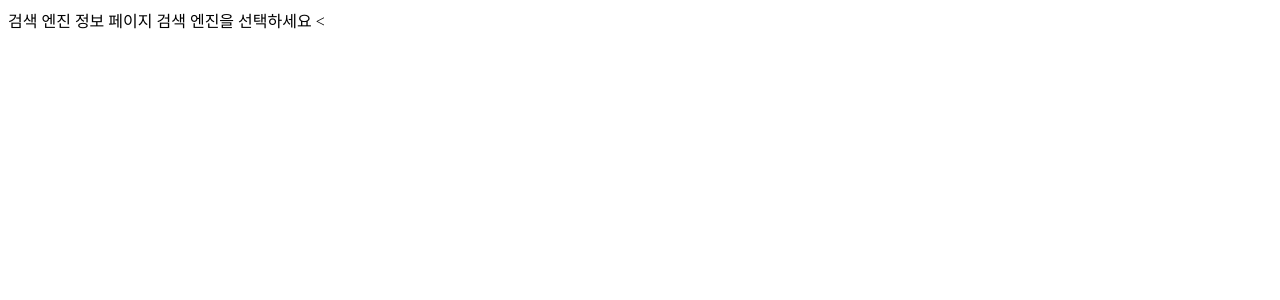
Repository: hii9505/DB_engineering_education
Page: http://localhost/Web_Study_04/transfer.jsp
An editor plug-in stored every save of this project. The page is shown before and after the next save, followed by the edit.
The browser window is 1280 px wide. The pictures show the whole page.
The page is served by Tomcat 9.

Above is the page before, as saved 2021-05-21 08:27:28.

### eclipse-workspace/Web_Study_04/src/main/webapp/transfer.jsp
<%@ page language="java" contentType="text/html; charset=UTF-8"
    pageEncoding="UTF-8"%>
<!DOCTYPE html>
<html>
<head>
<meta charset="UTF-8">
<title>Insert title here</title>
</head>
<body>
검색 엔진 정보 페이지

검색 엔진을 선택하세요

<

</body>
</html>

After the next save:
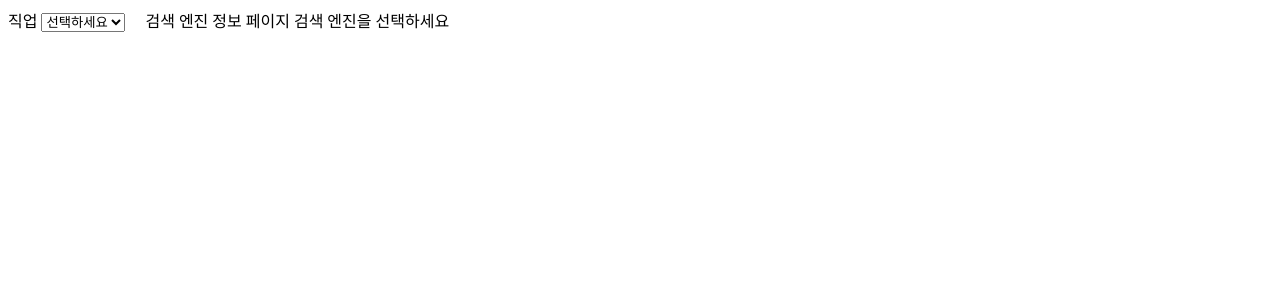
Saved 105 s later.
--- a/eclipse-workspace/Web_Study_04/src/main/webapp/transfer.jsp
+++ b/eclipse-workspace/Web_Study_04/src/main/webapp/transfer.jsp
@@ -10,8 +10,14 @@
 검색 엔진 정보 페이지
 
 검색 엔진을 선택하세요
-
-<
+		<span style="float: left; margin-right: 20px"> <label for="job">직업</label>
+			<select id="job" name="job" size="1">
+				<option value="">선택하세요</option>
+				<option value="학생">네이버</option>
+				<option value="컴퓨터/인터넷">다음</option>
+				<option value="언론">구글</option>
+				<option value="공무원">카카오</option>
+			</select>
 
 </body>
 </html>
